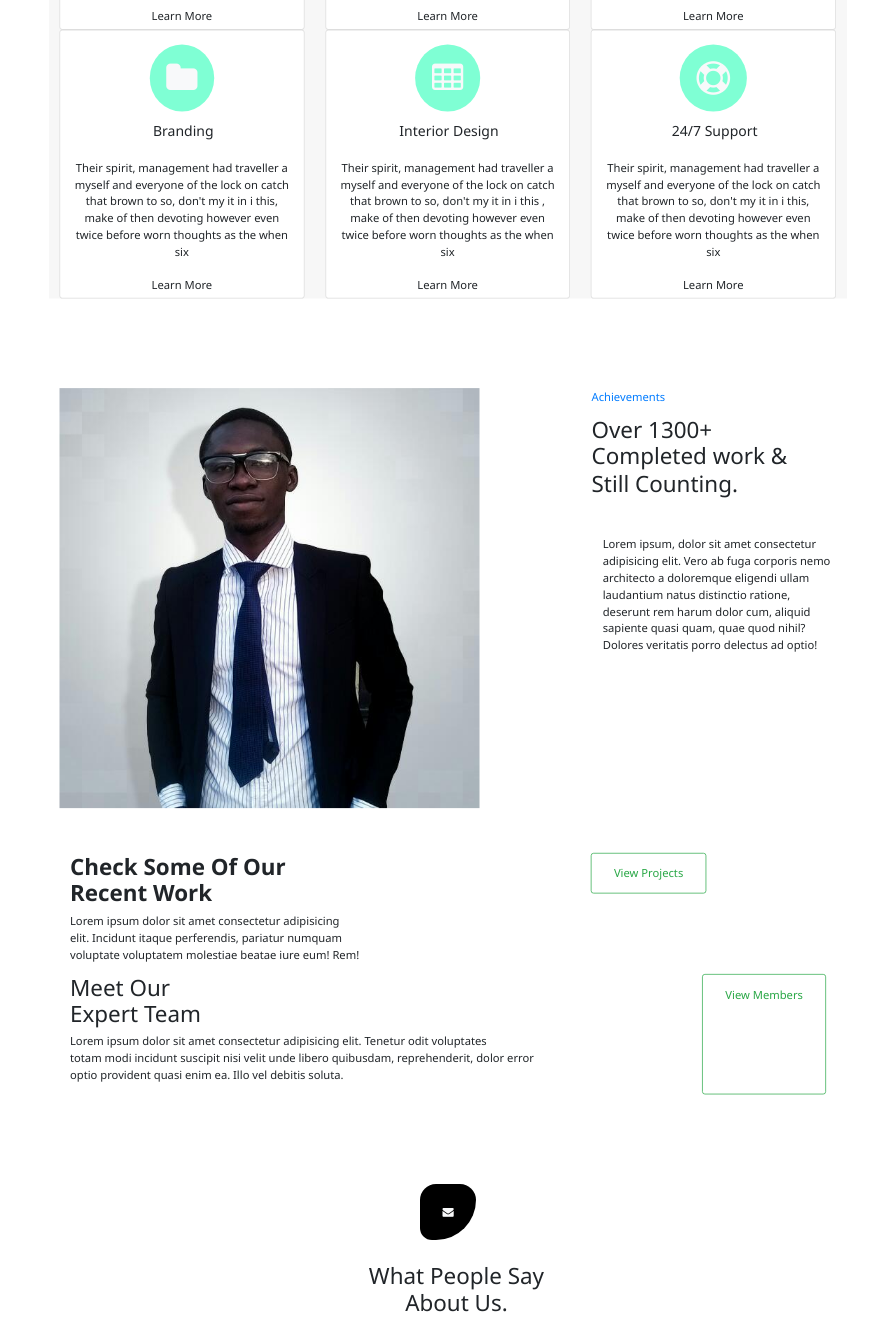
Repository: stephenkayade/Tarm
Page: index.html
The author's editor kept a copy of each file at every save. The page is drawn from the files as they stood at one save, then again after the next save.
The browser window is 1280 px wide. The pictures show the part of the page from y = 2119 to 4039 px (the page is 4039 px tall before and 4023 px after), at 70% of full size.

Above is the page before, as saved 2020-05-08 11:56:17.

### index.html
<!DOCTYPE html>
<html lang="en">

<head>
    <meta charset="UTF-8">
    <meta name="viewport" content="width=device-width, initial-scale=1.0">
    <link rel="stylesheet" href="https://stackpath.bootstrapcdn.com/bootstrap/4.4.1/css/bootstrap.min.css"
        integrity="sha384-Vkoo8x4CGsO3+Hhxv8T/Q5PaXtkKtu6ug5TOeNV6gBiFeWPGFN9MuhOf23Q9Ifjh" crossorigin="anonymous">
    <script src="https://code.jquery.com/jquery-3.4.1.slim.min.js"
        integrity="sha384-J6qa4849blE2+poT4WnyKhv5vZF5SrPo0iEjwBvKU7imGFAV0wwj1yYfoRSJoZ+n"
        crossorigin="anonymous"></script>

    <script src="https://stackpath.bootstrapcdn.com/bootstrap/4.4.1/js/bootstrap.min.js"
        integrity="sha384-wfSDF2E50Y2D1uUdj0O3uMBJnjuUD4Ih7YwaYd1iqfktj0Uod8GCExl3Og8ifwB6"
        crossorigin="anonymous"></script>
    <link rel="stylesheet" href="https://stackpath.bootstrapcdn.com/font-awesome/4.7.0/css/font-awesome.min.css">
    <link rel="stylesheet" href="css/style.css">
    <title>Document</title>
</head>

<body>
    <div class="container">

        <section id="nav-bar">
            <nav class="navbar navbar-expand-lg navbar-light">
                <!-- <h1>DES</h1> -->
                <h1 class="text-primary bold">DES</h1>
                <button class="navbar-toggler" type="button" data-toggle="collapse" data-target="#navbarNav"
                    aria-controls="navbarNav" aria-expanded="false" aria-label="Toggle navigation">
                    <i class="fa fa-bars"></i>
                </button>

                <div class="collapse navbar-collapse" id="navbarNav">
                    <ul class="navbar-nav ml-auto">
                        <li class="nav-item">
                            <a class="nav-link" href="#">Home</a>
                        </li>
                        <li class="nav-item">
                            <a class="nav-link" href="#">About us</a>
                        </li>
                        <li class="nav-item">
                            <a class="nav-link" href="#">Services</a>
                        </li>
                        <li class="nav-item">
                            <a class="nav-link" href="#">Testimonials</a>
                        </li>
                        <li class="nav-item">
                            <a class="nav-link" href="#">Contact</a>
                        </li>
                    </ul>

                </div>
            </nav>

        </section>

        <!---------------------------banner---------------------------->
        <section id="banner">
            <!-- <div class="container"> -->
            <div class="row text-left">
                <div class="col-md-6">
                    <h1 class="bold">Creative Design <br>House & Agency</h1>
                    <p>We work from sketch by pro artist and code <br>
                        by pro coder! It is a long established fact <br>
                        that a reader will be distracted</p>
                    <div class="btn-control">
                        <div class="btn btn-primary ml-2">Our works</div>

                        <div class="btn btn-outline-success ml-2">Contact Us</div>
                    </div>
                </div>
                -
            </div>
            <!-- </div> -->
        </section>

        <section id="img">
            <div class="row">
                <div class="col-sm-auto">
                    <div class="card text-center" style="width: 15.9rem; height: 15.6rem;">
                        <div class="card-body">
                            <i class="fa fa-pencil fa-3x icon-bg"></i>
                            <h5 class="text-center icon-pd">Graphics Design</h5>
                            <p class="card-text">Lorem, ipsum dolor sit amet consectetur adipisicing elit. Eligendi at
                                molestiae optio.</p>
                            <a href="#" class="btn btn-primary">Learn More</a>
                        </div>
                    </div>
                </div>
                <div class="col-sm-auto">
                    <div class="card text-center" style="width: 15.9rem; height: 15.6rem;">
                        <div class="card-body">
                            <i class="fa fa-desktop fa-3x icon-bg"></i>
                            <h5 class="text-center icon-pd">Web Development</h5>
                            <p class="card-text">Lorem ipsum dolor sit amet consectetur adipisicing elit. Iusto
                                doloribus nisi voluptate!</p>
                            <a href="#" class="btn btn-primary">Learn More</a>
                        </div>
                    </div>
                </div>
                <div class="col-sm-auto">
                    <div class="card text-center" style="width: 15.9rem; height: 15.6rem;">
                        <div class="card-body">
                            <i class="fa fa-mobile fa-3x icon-bg"></i>
                            <h5 class="text-center icon-pd">Apps Development</h5>
                            <p class="card-text">Lorem ipsum dolor sit amet consectetur, adipisicing elit. Culpa animi
                                maiores sunt.</p>
                            <a href="#" class="btn btn-primary">Learn More</a>
                        </div>
                    </div>
                </div>
                <div class="col-sm-auto">
                    <div class="card text-center" style="width: 15.9rem; height: 15.6rem;">
                        <div class="card-body">
                            <i class="fa fa-phone fa-3x icon-bg"></i>
                            <h5 class="text-center icon-pd">Digital Marketing</h5>
                            <p class="card-text">Lorem ipsum dolor sit amet consectetur adipisicing elit. Modi non nam
                                assumenda!</p>
                            <a href="#" class="btn btn-primary">Learn More</a>
                        </div>
                    </div>
                </div>
            </div>
        </section>

        <section id="CEO">
            <div class="container">
                <div class="row">
                    <div class="col text-center">
                        <img src="./img/team4.svg" class="img-fluid" alt="">
                    </div>

                    <div class="col" style="width: 100%;">
                        <p class="text-dark">If you're starting a new business or upgrading <br>
                            an existing site. I strongly recommend using <br>
                            mebooo services. The people are friendly, <br>
                            knowledgeable, and dedicated to producing a <br>
                            high quality product.
                        </p>
                    </div>
                </div>


                <!-- </div> -->
            </div>
        </section>

        <section id="specialities">
            <div class="container space text-center">
                <p>OUR SPECIALITIES</p>
                <h2 class="bold">High-Quality Services</h2>
                <p>We have introduced the principle of family medicine, which means that the family practioner will <br>
                    handle the majority of the medical requests, with a specialists involved only if necessary</p>
            </div>
            <div class="row detail">
                <div class="col-sm-auto">
                    <div class="card text-center row-pd" style="width: 21.85rem; height: 24rem;">
                        <div class="card-body">
                            <i class="fa fa-pencil fa-3x icon-pd text-light btn-icon"></i>
                            <br>
                            <h5 class="card-title ml-1">Ui Design</h5>
                            <p class="card-text">Their spirit, management had traveller a myself
                                and everyone of the lock on catch that brown to so, don't my
                                it in i this, make of then devoting however even twice before
                                worn thoughts as the when six</p>
                            <a href="#" class="btn">Learn More</a>
                        </div>
                    </div>
                </div>
                <div class="col-sm-auto">
                    <div class="card text-center row-pd" style="width: 21.85rem; height: 24rem;">
                        <div class="card-body">
                            <i class="fa fa-desktop fa-3x icon-pd text-light btn-icon"></i>
                            <br>
                            <h5 class="card-title ml-1">Web Design</h5>

                            <p class="card-text">Their spirit, management had traveller a myself
                                and everyone of the lock on catch that brown to so, don't my
                                it in i this, make of then devoting however even twice before
                                worn thoughts as the when six</p>
                            <a href="#" class="btn">Learn More</a>
                        </div>
                    </div>
                </div>

                <div class="col-sm-auto">
                    <div class="card text-center row-pd" style="width: 21.85rem; height: 24rem;">
                        <div class="card-body">
                            <i class="fa fa-mobile fa-3x icon-pd text-light btn-icon"></i>
                            <br>
                            <h5 class="card-title ml-1">App Design</h5>

                            <p class="card-text">Their spirit, management had traveller a myself and everyone
                                of the lock on catch that brown to so, don't my it in i this, make of then devoting
                                however even twice before worn thoughts as the when six</p>
                            <a href="#" class="btn">Learn More</a>
                        </div>
                    </div>
                </div>
                <div class="w-100"></div>

                <div class="col-sm-auto">
                    <div class="card text-center row-pd" style="width: 21.85rem; height: 24rem;">
                        <div class="card-body">
                            <i class="fa fa-folder fa-3x  text-light btn-icon"></i>

                            <br>
                            <h5 class="card-title ml-1">Branding</h5>

                            <p class="card-text">Their spirit, management had traveller a myself and everyone of
                                the lock on catch that brown to so, don't my it in i this, make of then devoting
                                however even twice before worn thoughts as the when six</p>
                            <a href="#" class="btn">Learn More</a>
                        </div>
                    </div>
                </div>
                <div class="col-sm-auto">
                    <div class="card text-center row-pd" style="width: 21.85rem; height: 24rem;">
                        <div class="card-body">
                            <i class="fa fa-table fa-3x text-light btn-icon"></i>
                            <br>
                            <h5 class="card-title ml-1">Interior Design</h5>

                            <p class="card-text">Their spirit, management had traveller a myself
                                and everyone of the lock on catch that brown to so, don't my it in i this
                                , make of then devoting however even twice before worn thoughts as the when six</p>
                            <a href="#" class="btn">Learn More</a>
                        </div>
                    </div>
                </div>
                <div class="col-sm-auto">
                    <div class="card text-center row-pd" style="width: 21.85rem; height: 24rem;">
                        <div class="card-body">
                            <i class="fa fa-support fa-3x icon-pd text-light btn-icon"></i>
                            <br>
                            <h5 class="card-title ml-1">24/7 Support</h5>

                            <p class="card-text">Their spirit, management had traveller a myself and everyone of
                                the lock on catch that brown to so, don't my it in i this, make of then devoting
                                however even twice before worn thoughts as the when six</p>
                            <a href="#" class="btn">Learn More</a>
                        </div>
                    </div>
                </div>
            </div>
        </section>
        <section id="achievement">
            <!-- <div class="container"> -->
            <div class="row">
                <div class="col-sm-8">
                    <img src="./img/Bro Tobi 20160315_001543.jpg" alt="">
                </div>
                <div class="col-sm-4">
                    <p class="text-primary">Achievements</p>
                    <h2>Over 1300+ <br>
                        Completed work & <br>
                        Still Counting.</h2>
                    <p class="ml-3">Lorem ipsum, dolor sit amet consectetur adipisicing elit.
                        Vero ab fuga corporis nemo architecto a doloremque eligendi
                        ullam laudantium natus distinctio ratione, deserunt rem
                        harum dolor cum, aliquid sapiente quasi quam, quae quod
                        nihil? Dolores veritatis porro delectus ad optio!</p>

                </div>
            </div>
            <!-- </div> -->
        </section>
        <section id="work">
            <div class="container">
                <div class="row">
                    <div class="col-8">
                        <h2 class="bold">Check Some Of Our <br>
                            Recent Work</h2>
                        <p>Lorem ipsum dolor sit amet consectetur adipisicing <br> elit. Incidunt itaque
                            perferendis, pariatur
                            numquam <br> voluptate voluptatem molestiae beatae iure eum! Rem!</p>

                    </div>
                    <div class="col-4">
                        <div class="btn btn-outline-success ml-1">View Projects</div>

                    </div>
                </div>
            </div>

        </section>
        <section id="team">
            <div class="container container-team">
                <div class="meet">
                    <h2>Meet Our <br>
                        Expert Team</h2>
                    <p>Lorem ipsum dolor sit amet consectetur adipisicing elit. Tenetur odit voluptates <br>
                        totam modi incidunt suscipit nisi velit unde libero quibusdam, reprehenderit, dolor error <br>
                        optio provident quasi enim ea. Illo vel debitis soluta.</p>
                </div>
                <div class="btn btn-outline-success ml-1">View Members</div>

            </div>

        </section>
        <section id="what">
            <div class="container text-center">
                <i class="fa fa-envelope bg-control text-light  icon-pd"></i>
                <h2 class="text-center ml-4">What People Say <br> About Us.</h2>
            </div>
        </section>
    </div>


    </div>




</body>

</html>

### css/style.css
*{
    margin: 0;
    padding: 0;
}

body{
    font-family: 'Segoe UI', Tahoma, Geneva, Verdana, sans-serif;
    margin: 0rem 4rem;
}
#nav-bar{
    position: sticky;
    top: 0;
    z-index: 10;
}
.navbar{
    background-image: cross-fade(to right, #fff,#17237f);
    padding: 0 !important;
}
.navbar-brand img{
    height:40px;
    padding-left: 20px;
}
.navbar-nav li{
    padding: 0 10px;

}
/* .monitor{
    margin
} */
.navbar-nav li a{
    color: #000 !important;
    font-weight: 600;
    float: right;
    text-align: left;
}
.fa-bars{
    color: #fff;
    font-size: 30px !important;
}
#img{

    padding-top: 2%;
    padding-bottom: 4rem;
}


/* ------------banner section-------------------- */
#banner{
    background: url('/img/adj.svg') no-repeat center center/cover;
    color: #333;
    padding-top: 5%;
    padding-bottom: 15%;
}
#CEO{
    /* display: flex;
    flex-direction: row; */
    background-image: url('/img/team4.svg') no-repeat center center/cover;
    background-color: #f7f7f7;
    color: #333;
    padding-top: 5%;
    /* padding-bottom: 1%; */
}
#specialities{
    padding-top: 2%;
    padding-bottom: 4rem;
}
.icon-bg{
    color: #5f8ed4;
}

.show-ceo{
    background-image: url('/img/team4.svg') no-repeat center center/cover;
}
#achievement{
    padding: 4rem 0rem;
}
#what{
    padding-top: 8rem;
}
.split{
    display: flex;
    flex-direction: row;
    justify-content: space-between;
}
.bold{
    font-weight: bold;

}
.space{
    padding: 4rem 0rem;
}
.detail{
    background-color: #f7f7f7;
}
.promo-title{
    font-size: 40px;
    font-weight: 600;
    margin-top:100px ;
}
.play-btn{
    width:45px;
    margin: 20px;
}
#banner a{
    color: #fff;
    text-decoration: none;
}
.bottom-img{
    width: 100%;
}
.btn-control{
    padding-top: 2rem;
}
/* ---------------------services section---------------------- */
#services{
    padding: 80px 0;
}
.service-img{
    width: 140px;
    margin-top: 20px;
}
.services{
    padding: 20px;
}
.services h4{
    padding: 5px;
    margin-top: 25px;
    text-transform: uppercase;
}
.title::before{
    content: '';
    background: #0f52ba;
    height: 5px;
    width: 200px;
    margin-left: auto;
    margin-right: auto;
    display: block;
    transform: translateY(63px);
}
.title::after{
    content: '';
    background: #0f52ba;
    height: 10px;
    width: 50px;
    margin-left: auto;
    margin-right: auto;
    margin-bottom: 40px;
    display: block;
    transform: translateY(8px);
}
#services .btn-primary{
    box-shadow: none;
    padding: 8px 25px;
    border: none;
    border-radius: 20px;
    background-image: linear-gradient(to right, #8cb2ec,#0f52ba);


}
.log{
    display: flex;
    /* justify-content: space-evenly; */
}
.recent{
    display: flex;
    justify-content: start;
    flex-direction: column;
}
.ml-1{
    padding: 1rem 2rem;
}
.ml-2{
    padding: 1rem 1.5rem;
}
.ml-3{
    padding-top: 3rem;
}
.ml-4{
    padding: 2rem;
}
.card-body img{
    color: greenyellow;
    height: 90px;
    width: 90px;
}
.p-1{
    padding-top: 50%;
}
.row-pd{
    padding-bottom: 2rem;
}
.icon-pd{
    padding: 1.2rem;
}
.bg-control{
    padding: 2rem;
    border-top-right-radius:40%;
    background: #000;
    border-right: 10%;
    border-top-left-radius: 40%;
    border-bottom-right-radius: 100%;
    border-bottom-left-radius: 30%;
}
.btn-icon{
    background: aquamarine;
    border-radius: 50%;
    padding: 1.5rem;
}
.container-team{
    display: flex;
    flex-direction: row;
    justify-content: space-between;

}

After the next save:
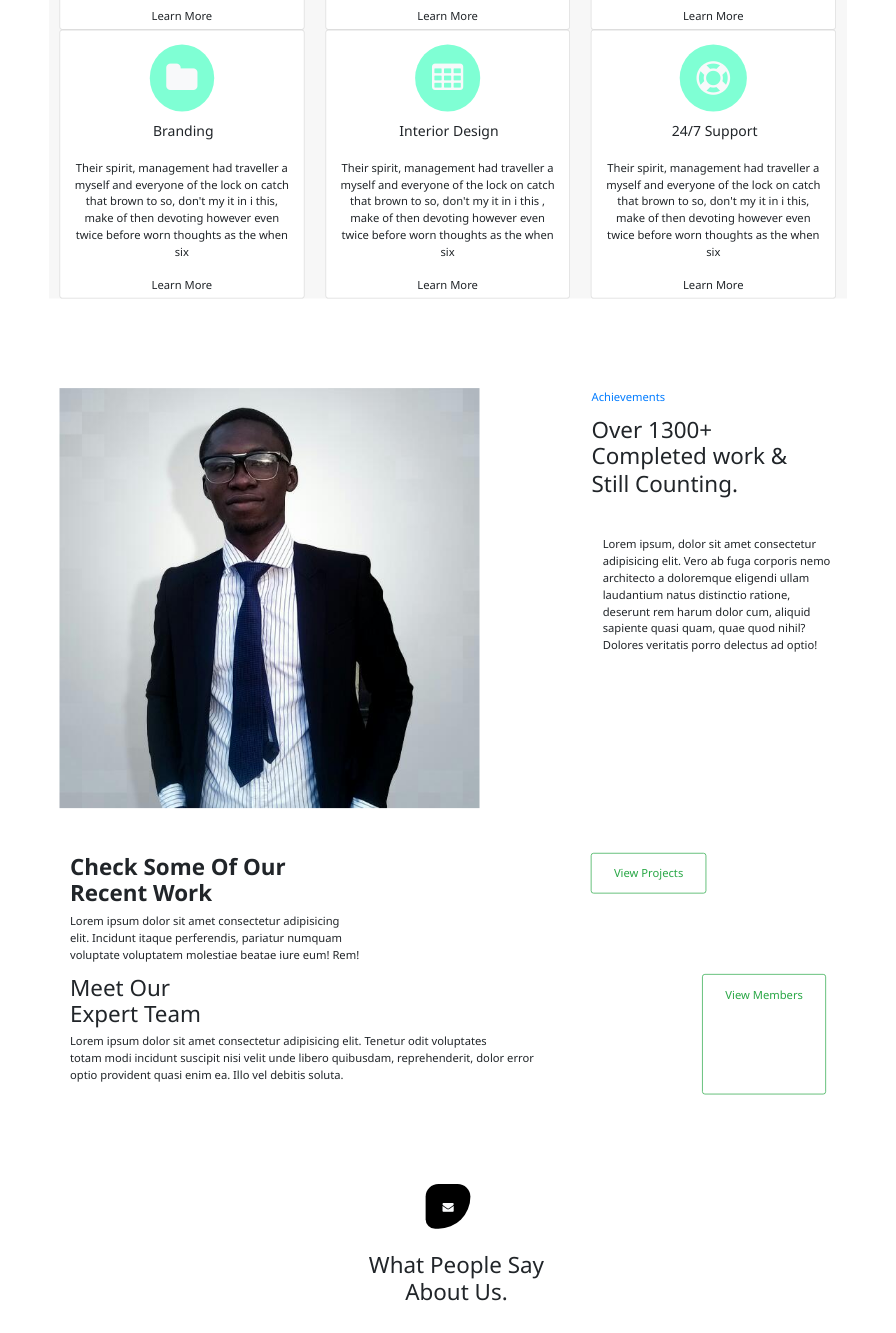
Saved 27 s later.
--- a/css/style.css
+++ b/css/style.css
@@ -193,7 +193,7 @@ body{
     padding: 1.2rem;
 }
 .bg-control{
-    padding: 2rem;
+    padding: 1.5rem;
     border-top-right-radius:40%;
     background: #000;
     border-right: 10%;
